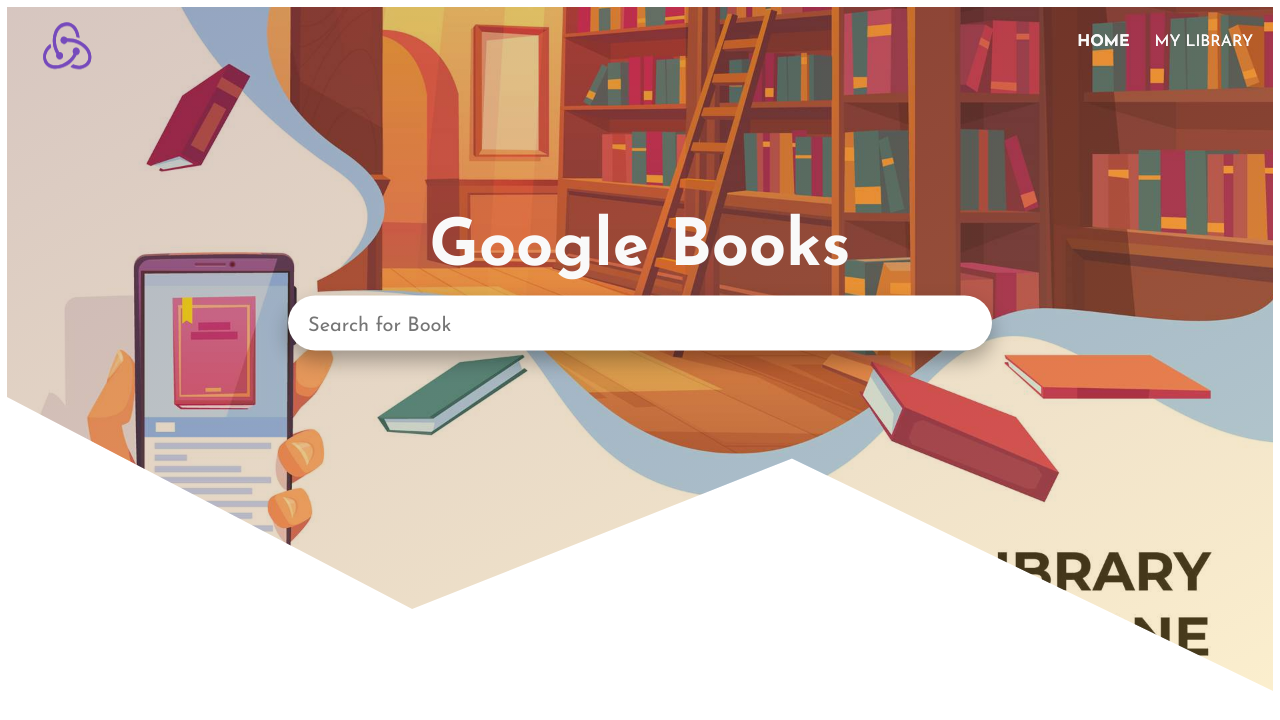
Repository: Kol124/react-book-library
Page: /
These files come from the project's save history. The page is drawn as it stood at one moment and after the next save; the edit follows.
The browser window is 1280 px wide. The pictures show the whole page.
The project was rebuilt for these pictures with package versions that can differ from the ones it lists, and the page was loaded fresh each time. Also part of the build but not shown: src/components/BookCard.js, src/components/Library.js.

Above is the page before, as saved 2021-07-15 16:44:13.

After the next save:
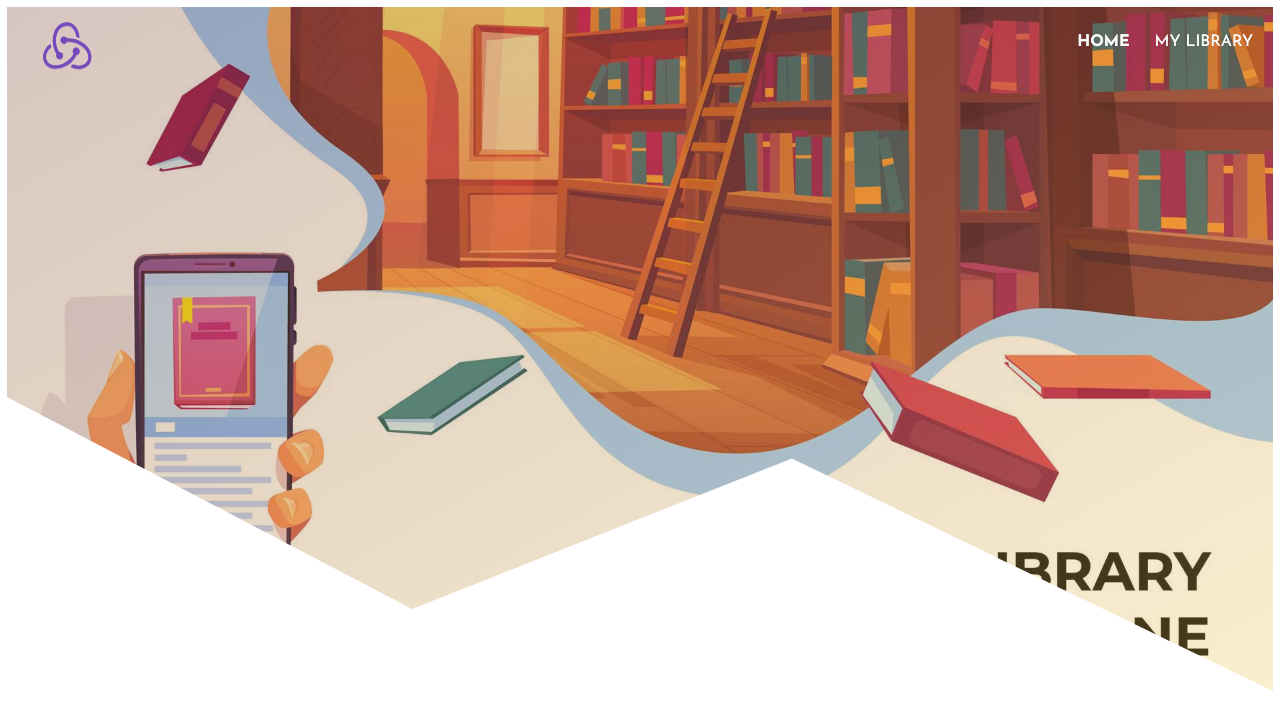
Saved 67 s later.
--- a/src/components/Home.js
+++ b/src/components/Home.js
@@ -23,14 +23,14 @@
   return (
     <>
       {/* <Header /> */}
-      <HeroContent>
+      {/* <HeroContent>
         <Heading>Google Books</Heading>
         <Search
           type="text"
           placeholder="Search for Book"
           onChange={HandleChange}
         />
-      </HeroContent>
+      </HeroContent> */}
       <Grid>
         {results &&
           results.map((book) => <BookCard key={book.id} book={book} />)}
